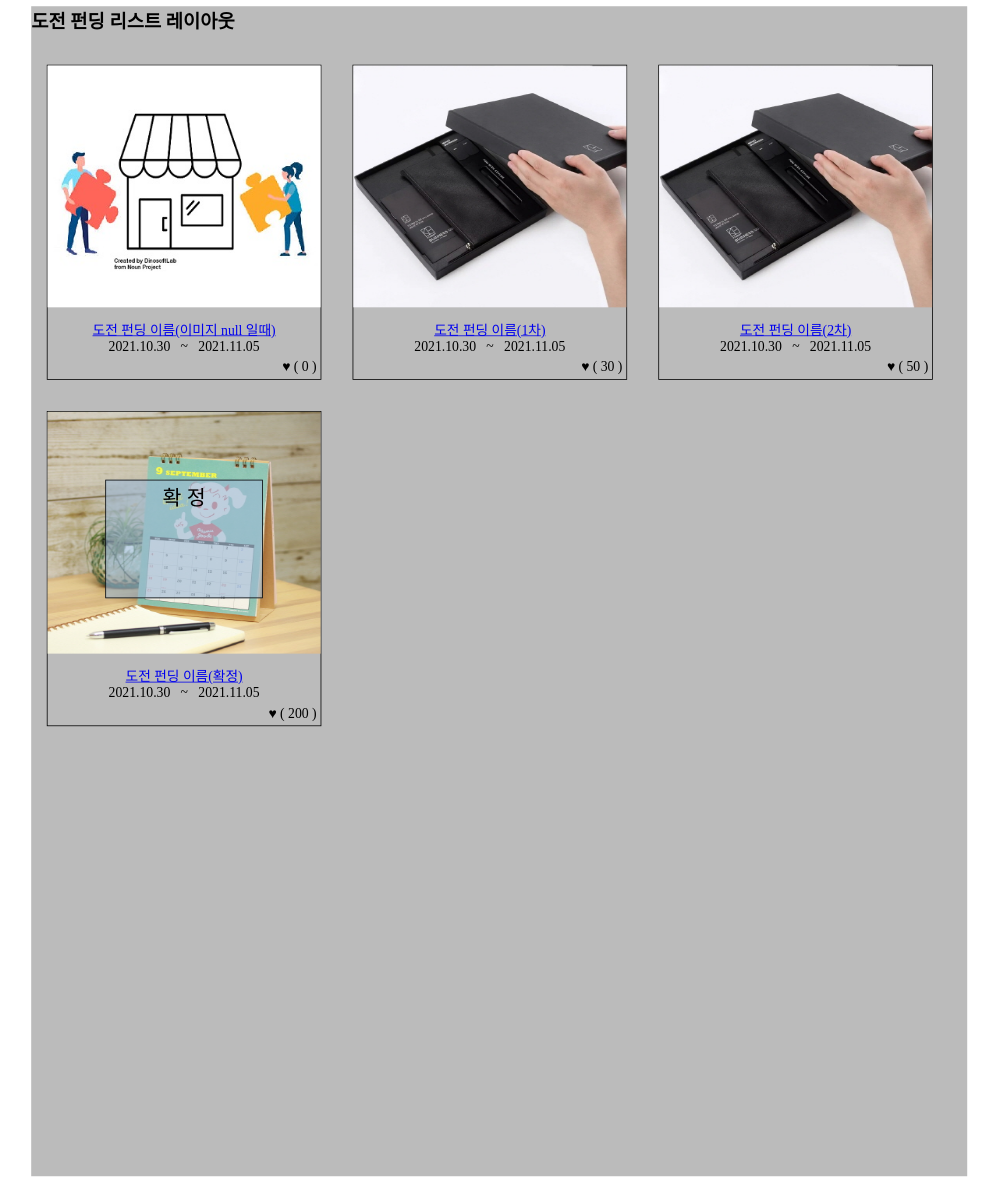
Repository: GroundPark/team6
Page: http://localhost/lefthand/page/product/chal_funding_list.jsp
The author's editor kept a copy of each file at every save. The page is drawn from the files as they stood at one save, then again after the next save.
The browser window is 1280 px wide. The pictures show the whole page, at 78% of full size.
The page is served by Tomcat 9.

Above is the page before, as saved 2021-11-20 18:02:51.

After the next save:
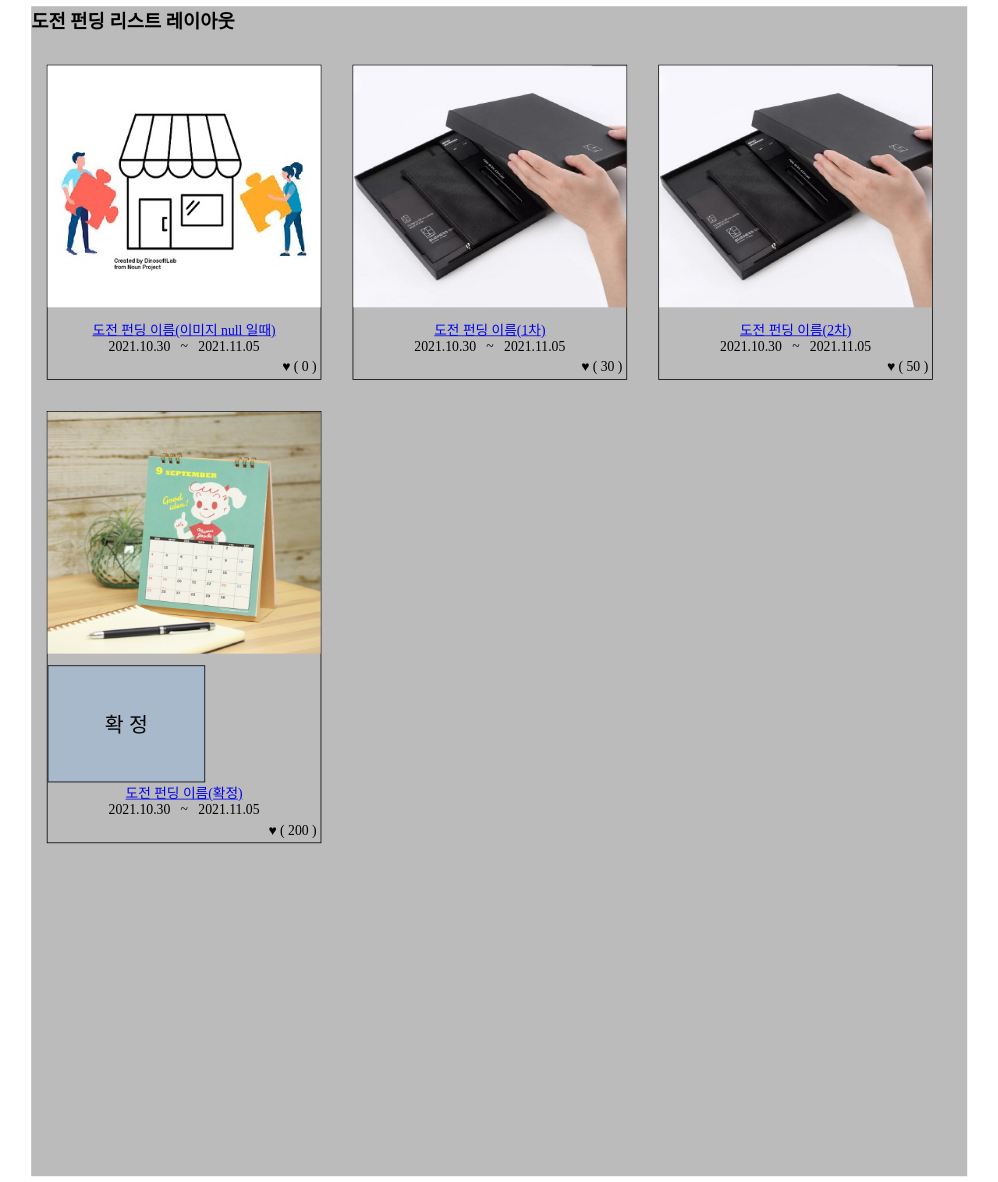
Saved 86 s later.
--- a/lefthand/WebContent/page/product/chal_funding_list.jsp
+++ b/lefthand/WebContent/page/product/chal_funding_list.jsp
@@ -16,16 +16,15 @@
 .chal_like { float:right; padding:5px; }
 
 .chal_ok {
-	position:absolute;
-	top:50%; left:50%;
-	transform:translate(-50%, -75%);
+
 	width:200px; height:150px; background-color:rgba(155, 183, 214, 0.6);
 	z-index: 1;
 
 	border:1px black solid;
 
 	text-align:center;
-
+	display: table-cell;
+    vertical-align: middle;
 
 	font-size:1.5em;
 }

After the save that followed:
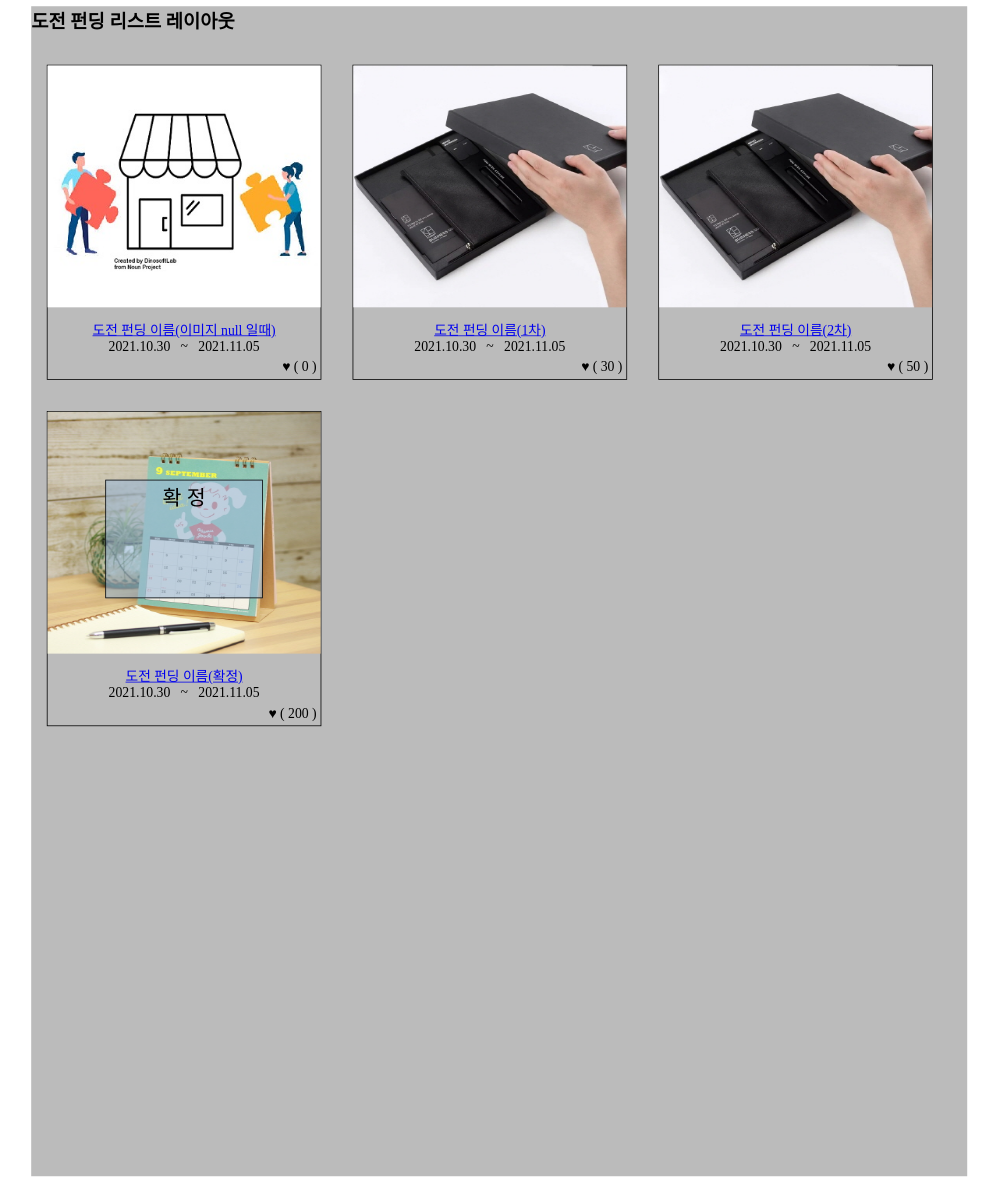
Saved 14 s later.
--- a/lefthand/WebContent/page/product/chal_funding_list.jsp
+++ b/lefthand/WebContent/page/product/chal_funding_list.jsp
@@ -16,7 +16,9 @@
 .chal_like { float:right; padding:5px; }
 
 .chal_ok {
-
+	position:absolute;
+	top:50%; left:50%;
+	transform:translate(-50%, -75%);
 	width:200px; height:150px; background-color:rgba(155, 183, 214, 0.6);
 	z-index: 1;
 
